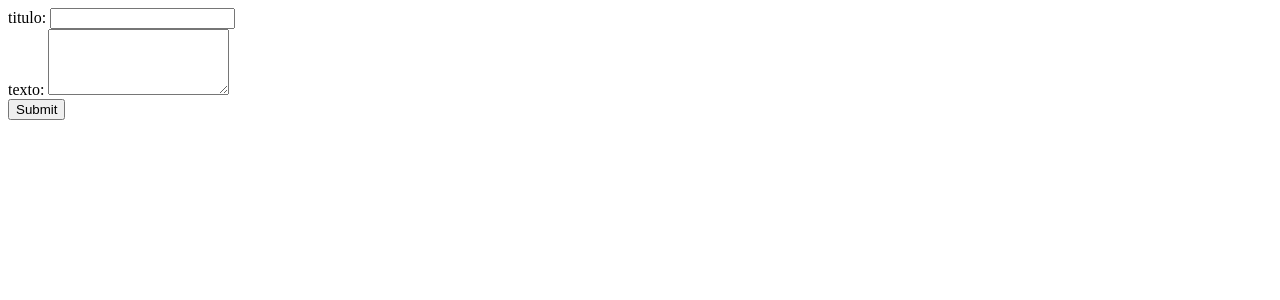
Repository: IKARDI54/cursoJEE
Page: javascript03ajax/WebContent/registrarNovedad.html
These files come from the project's save history. The page is drawn as it stood at one moment and after the next save; the edit follows.
The browser window is 1280 px wide. The pictures show the whole page.

Above is the page before, as saved 2019-09-03 13:24:35.

After the next save:
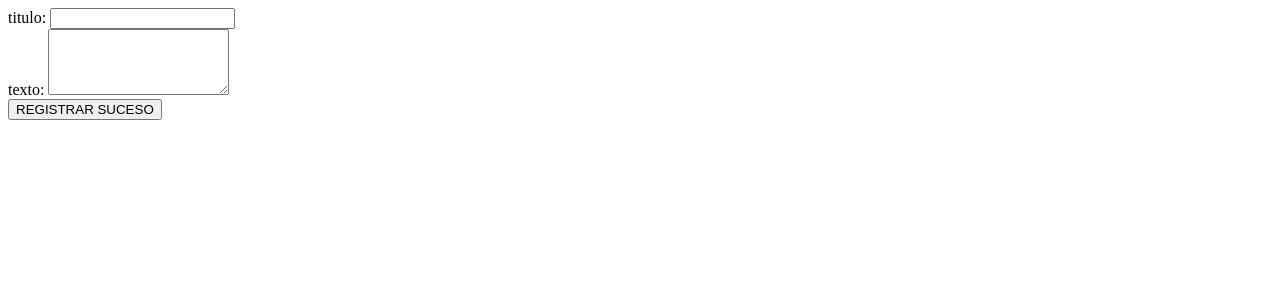
Saved 9 s later.
--- a/javascript03ajax/WebContent/registrarNovedad.html
+++ b/javascript03ajax/WebContent/registrarNovedad.html
@@ -1,5 +1,5 @@
 <form>
 titulo: <input name="titulo" type="text"/><br/>
 texto: <textarea name="texto" rows="4" cols="20"></textarea><br/>
-<input type="submit"/>
+<input type="submit" value="REGISTRAR SUCESO"/>
 </form>
